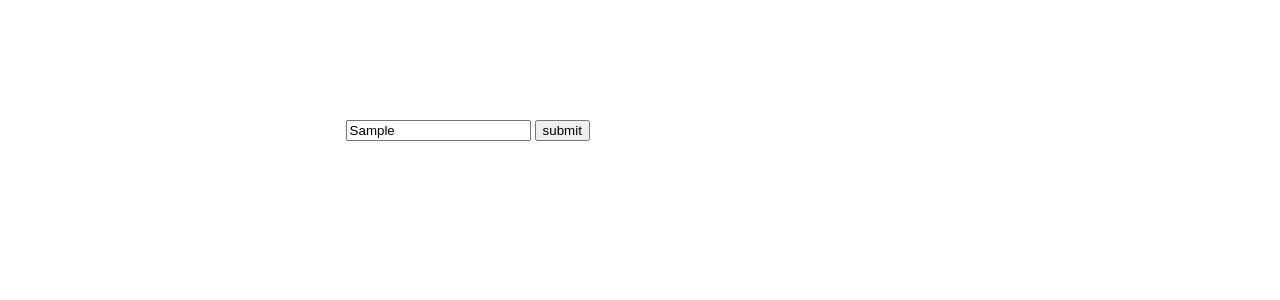
Repository: ehabmelhem/Basic_Node_js
Page: public/index.html
An editor plug-in stored every save of this project. The page is shown before and after the next save, followed by the edit.
The browser window is 1280 px wide. The pictures show the whole page.
Empty fields were first filled with sample values (such as "Sample", 5 or name@example.com).
After loading, the first visible `#form` was submitted once.
The page's requests for data from a server got no answer.

Above is the page before, as saved 2021-02-04 18:25:06.

### public/index.html
<!DOCTYPE html>
<html lang="en">
  <head>
    <meta charset="UTF-8" />
    <meta name="viewport" content="width=device-width, initial-scale=1.0" />
    <title>NodeJs</title>
  </head>
  <style>
    * {
      margin: 0;
    }
    .div {
      margin-top: 5px;
      border-bottom: 2px solid black;
      padding-bottom: 3px;
      display: flex;
      width: 200px;
      max-width: 400px;
      justify-content: space-between;
    }
    #root {
      margin-top: 10px;
      margin-left: 28vw;
    }
    form {
      margin-top: 120px;
      margin-left: 27vw;
    }
  </style>
  <body>
    <form id="form">
      <input autocomplete="off" id="text" type="text" />
      <input type="submit" value="submit" />
    </form>
    <div id="root"></div>
    <script src="index.js"></script>
  </body>
</html>

### public/index.js
let form = document.getElementById("form");
let text = document.getElementById("text");
let root = document.getElementById("root");
let counter = 0;
form.addEventListener("submit", (e) => {
  e.preventDefault();
  let input = text.value;
  if (input !== "") {
    fetch(`/add-elment?counter=${counter}&text=${input}`)
      .then((r) => r.json())
      .then((data) => {
        counter++;
        console.log(data);
      });

    }
});

After the next save:
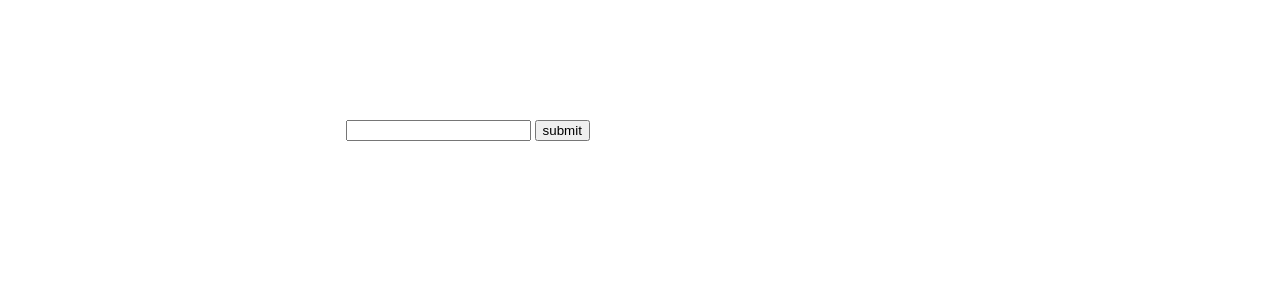
Saved 8 s later.
--- a/public/index.js
+++ b/public/index.js
@@ -12,6 +12,6 @@ form.addEventListener("submit", (e) => {
         counter++;
         console.log(data);
       });
-
-    }
+    text.value = "";
+  }
 });
